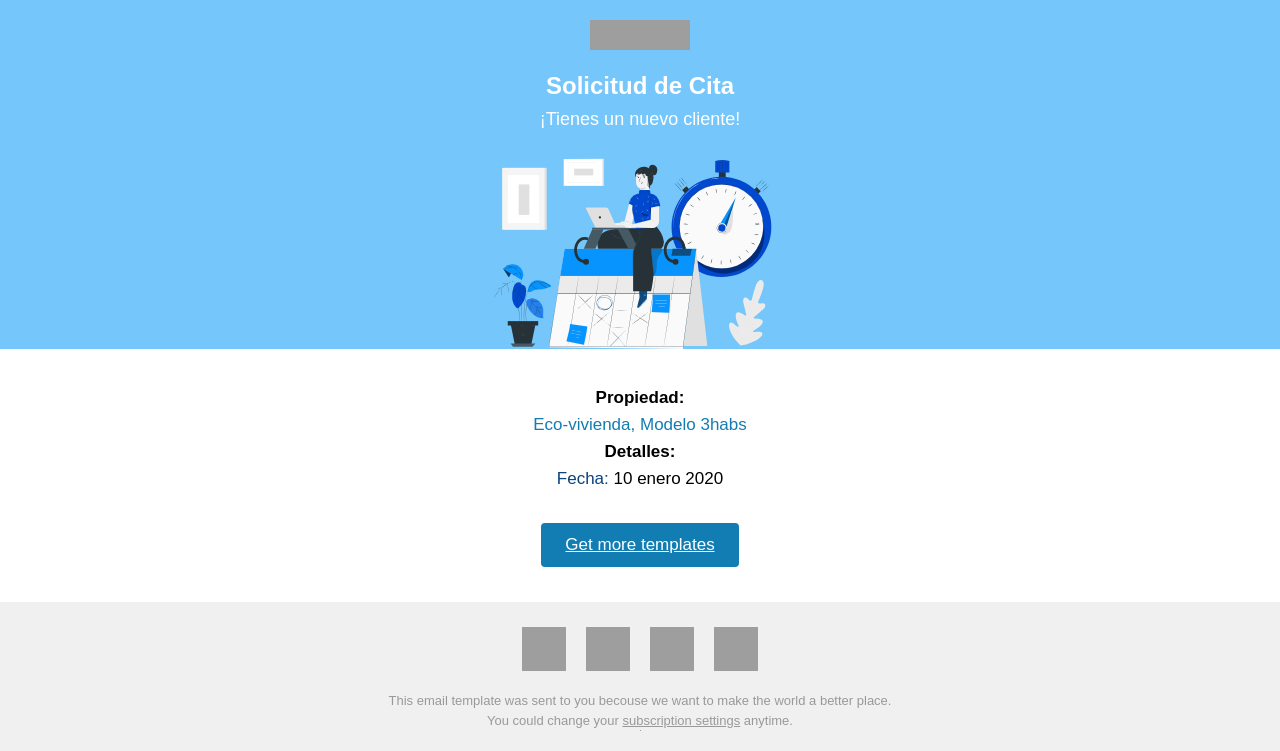
Repository: FabioMadrid/atlas_code
Page: correo_cita_vendedor.html
These files come from the project's save history. The page is drawn as it stood at one moment and after the next save; the edit follows.
The browser window is 1280 px wide. The pictures show the whole page.
Pictures or frames that could not be fetched are drawn as grey boxes.

Above is the page before, as saved 2021-01-14 16:39:41.

After the next save:
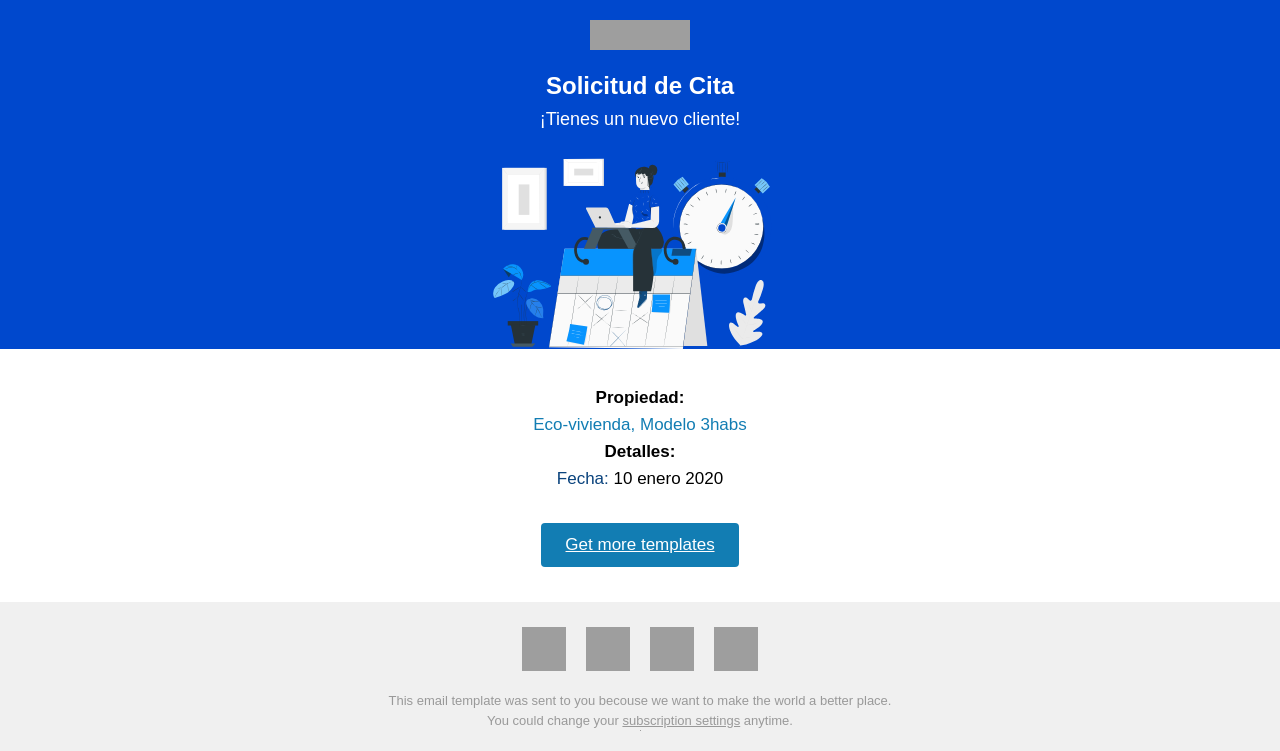
Saved 25 s later.
--- a/correo_cita_vendedor.html
+++ b/correo_cita_vendedor.html
@@ -59,7 +59,7 @@ a, a:hover {
 <!-- SECTION / BACKGROUND -->
 <!-- Set section background color -->
 <table width="100%" align="center" border="0" cellpadding="0" cellspacing="0" style="border-collapse: collapse; border-spacing: 0; margin: 0; padding: 0; width: 100%;" class="background"><tr><td align="center" valign="top" style="border-collapse: collapse; border-spacing: 0; margin: 0; padding: 0;"
-	bgcolor="#75C6FA" box-shadow="0 4px 6px -1px rgba(0,0,0,.1), 0 2px 4px -1px rgba(0,0,0,.06)">
+	bgcolor="#0048CD" box-shadow="0 4px 6px -1px rgba(0,0,0,.1), 0 2px 4px -1px rgba(0,0,0,.06)">
 
 <!-- WRAPPER -->
 <!-- Set wrapper width (twice) -->
